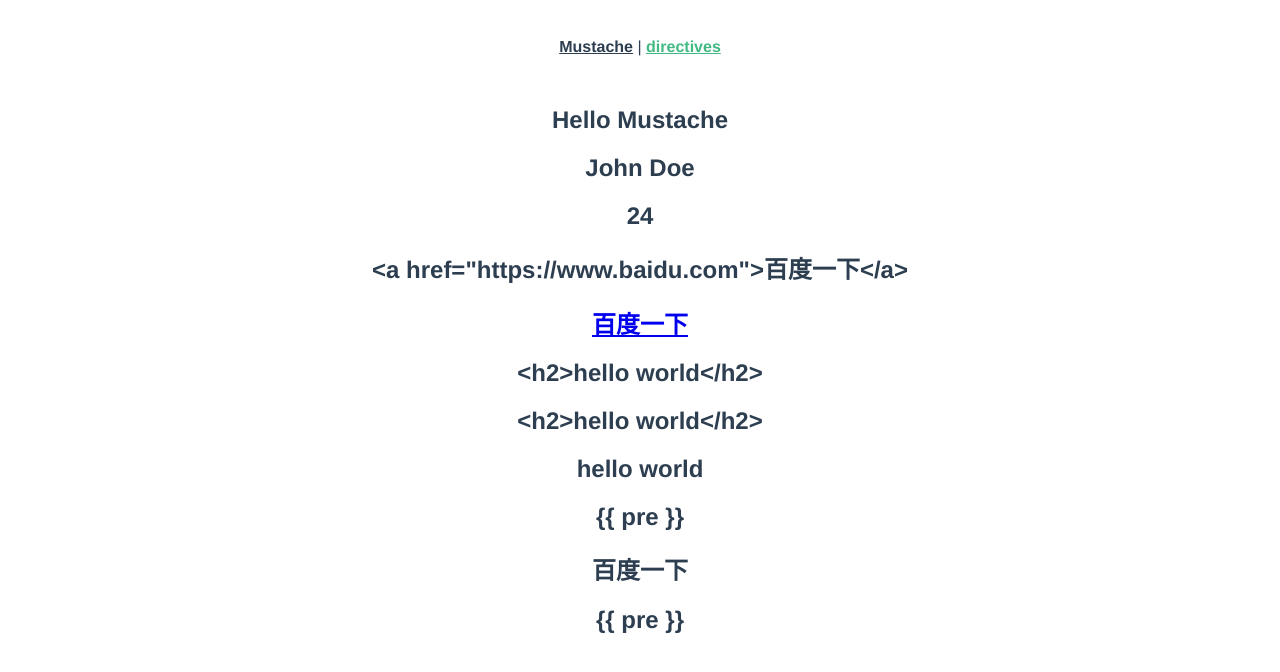
Repository: yeyanghui0616/my-vue2-learning
Page: /directives
An editor plug-in stored every save of this project. The page is shown before and after a run of saves, followed by the edit.
The browser window is 1280 px wide. The pictures show the whole page.
The project was rebuilt for these pictures with package versions that can differ from the ones it lists, and the page was loaded fresh each time. Also part of the build but not shown: src/views/Mustache.vue.

Above is the page before, as saved 2023-08-30 21:22:51.

After the next 2 saves:
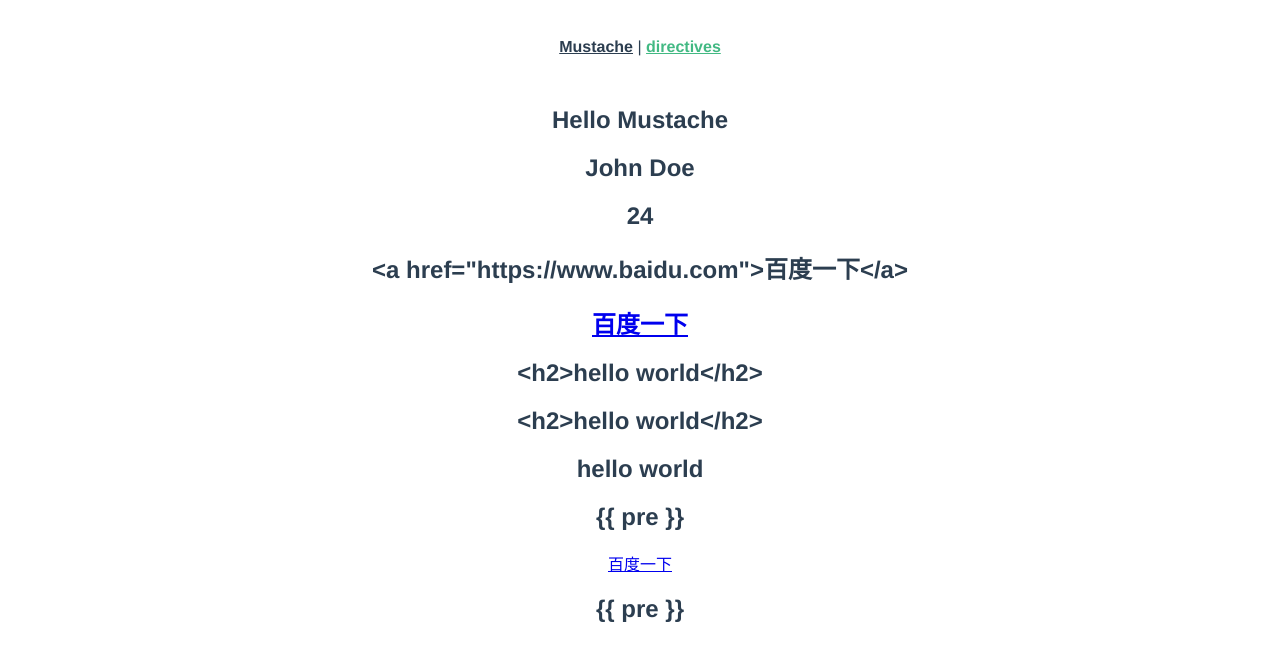
The 2 saves are shown as one change because they came seconds apart.
The last was saved 7 s later.
--- a/src/views/directives.vue
+++ b/src/views/directives.vue
@@ -15,7 +15,7 @@
 		<h2 v-pre>{{ pre }}</h2>
 		<!-- TODO v-bind -->
 		<!-- 用于动态绑定元素 -->
-		<h2 v-bind:href="link">百度一下</h2>
+		<a v-bind:href="link">百度一下</a>
 		<h2 v-pre>{{ pre }}</h2>
 	</div>
 </template>
